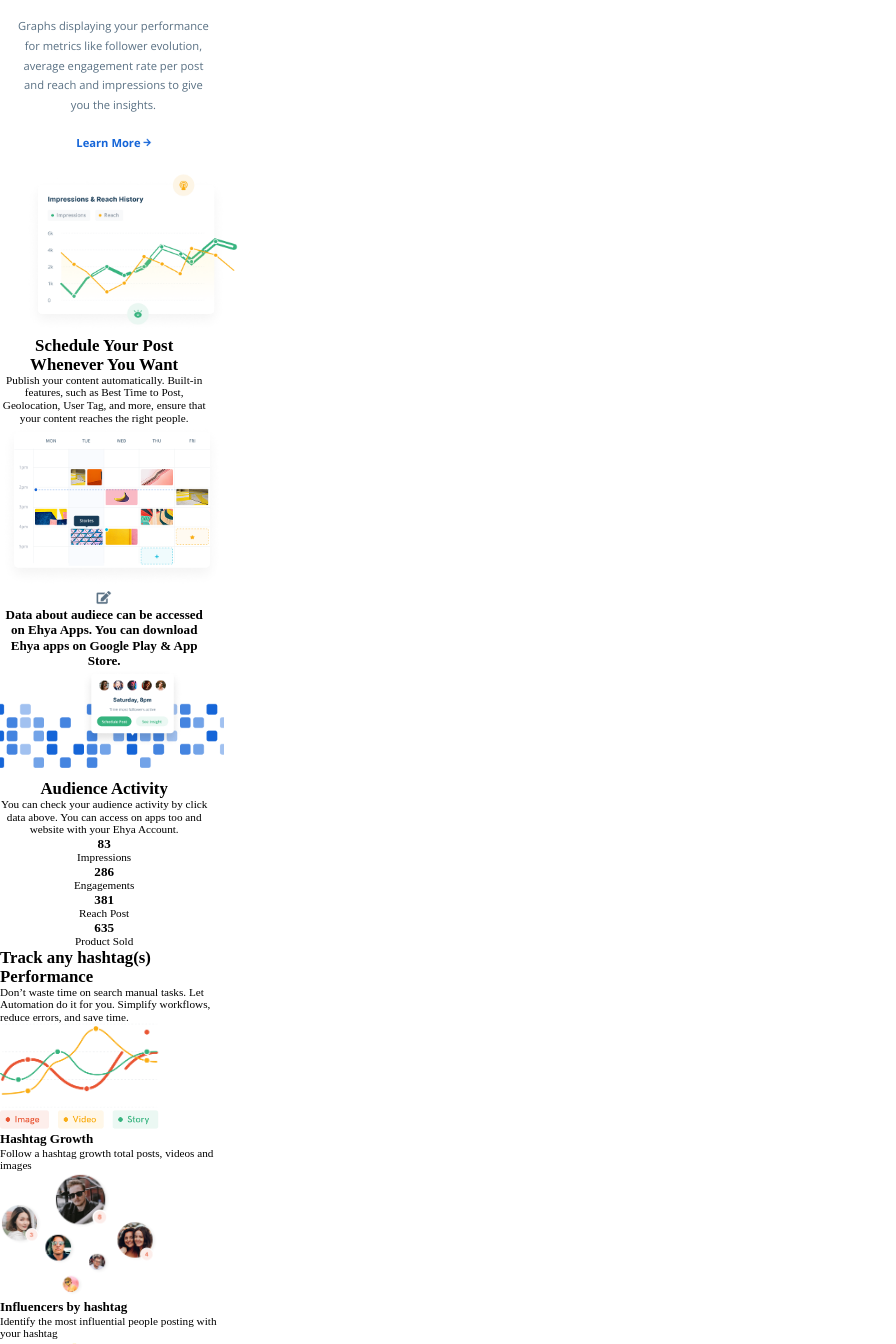
Repository: Eduardo-Tamborelli-Ferreira-lino/FrontEnd
Page: projetos/Prova-CSS/index.html
These files come from the project's save history. The page is drawn as it stood at one moment and after the next save; the edit follows.
The browser window is 1280 px wide. The pictures show the part of the page from y = 1075 to 2995 px (the page is 4971 px tall before and 4956 px after), at 70% of full size.

Above is the page before, as saved 2026-03-12 13:46:32.

After the next save:
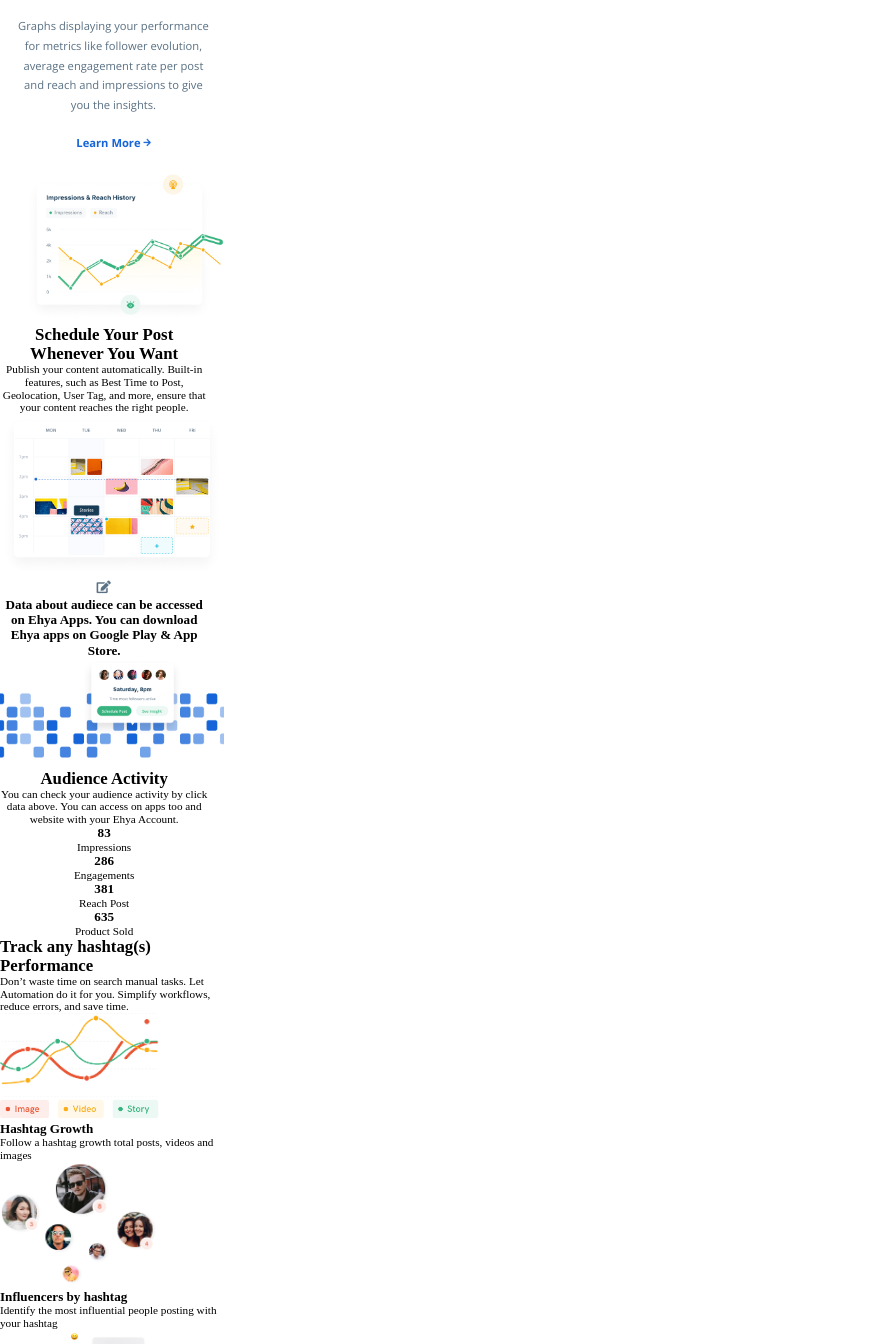
Saved 48 s later.
--- a/projetos/Prova-CSS/style.css
+++ b/projetos/Prova-CSS/style.css
@@ -178,7 +178,7 @@
     color: #1565D8;
 }
 
-#impressions-graph{
+#impressions-graph img{
     width: 17.724rem;
     margin-left: 2.188rem;
 }
